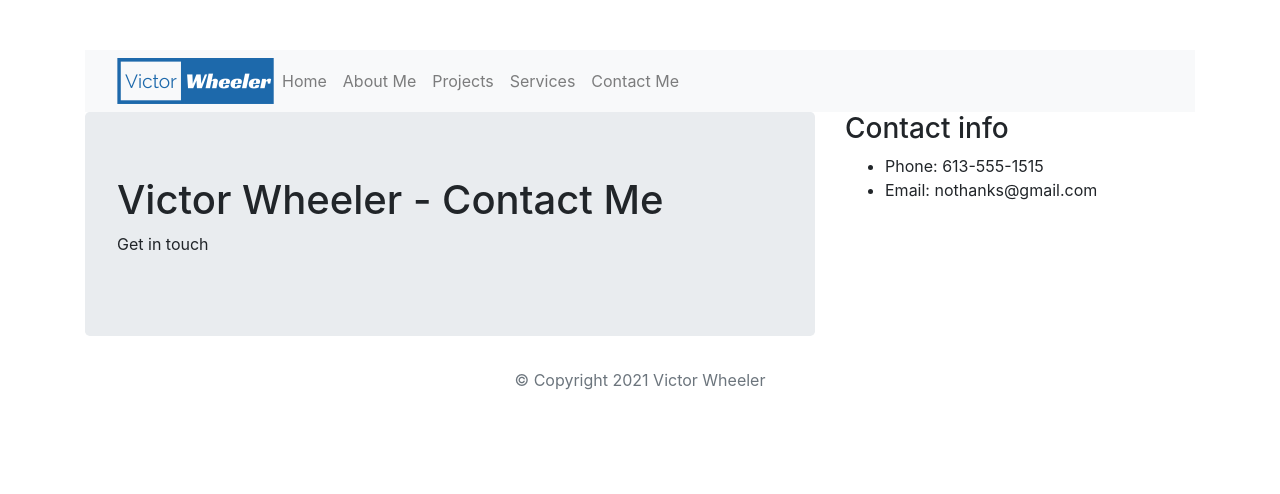
Repository: VictorWheeler/COMP_229_301167760
Page: http://localhost/contact
The author's editor kept a copy of each file at every save. The page is drawn from the files as they stood at one save, then again after the next save.
The browser window is 1280 px wide. The pictures show the whole page.
The page is served by the project's Node server (server.js).

Above is the page before, as saved 2021-09-30 10:24:14.

After the next save:
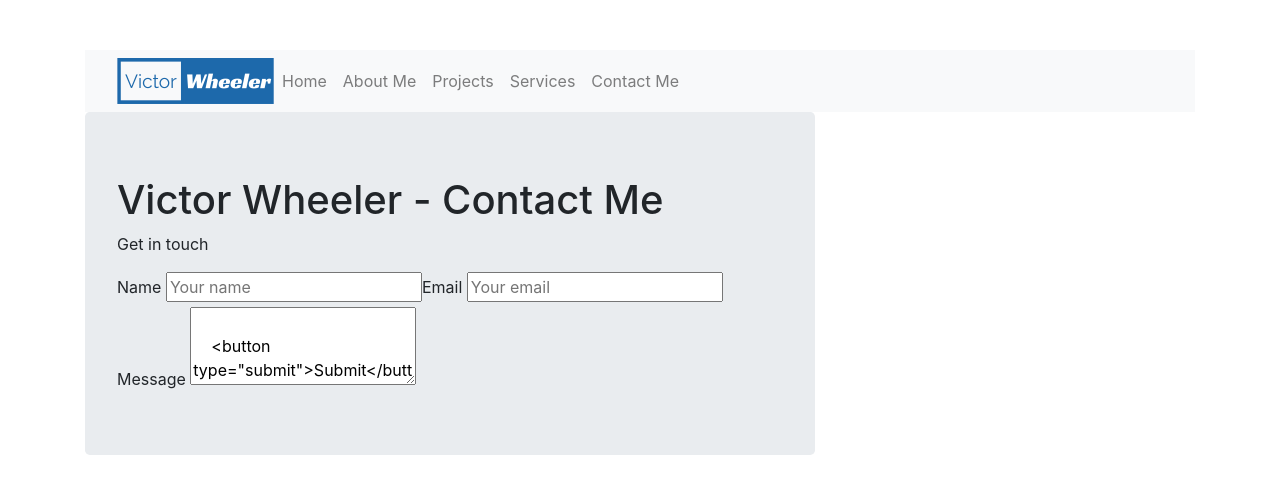
Saved 76 s later.
--- a/Express-Portfolio-Site/views/pages/contact.ejs
+++ b/Express-Portfolio-Site/views/pages/contact.ejs
@@ -15,6 +15,40 @@
     <div class="jumbotron">
       <h1>Victor Wheeler - Contact Me</h1>
       <p>Get in touch</p>
+
+<form action="/contact" id="contact-form" method="post" role="form">
+  <fieldset>
+    <label for="name">Name</label>
+    <input
+      id="name"
+      name="name"
+      type="text"
+      placeholder="Your name"
+      required
+
+    <label for="email">Email</label>
+    <input
+      id="email"
+      name="email"
+      type="text"
+      placeholder="Your email"
+      required
+
+    <label for="message">Message</label>
+    <textarea
+      id="message"
+      name="message"
+      placeholder="Enter your message here"
+      rows="3"
+      required
+    </textarea>
+
+    <button type="submit">Submit</button>
+  </fieldset>
+</form>
+
+
+
 
     </div>
   </div>
